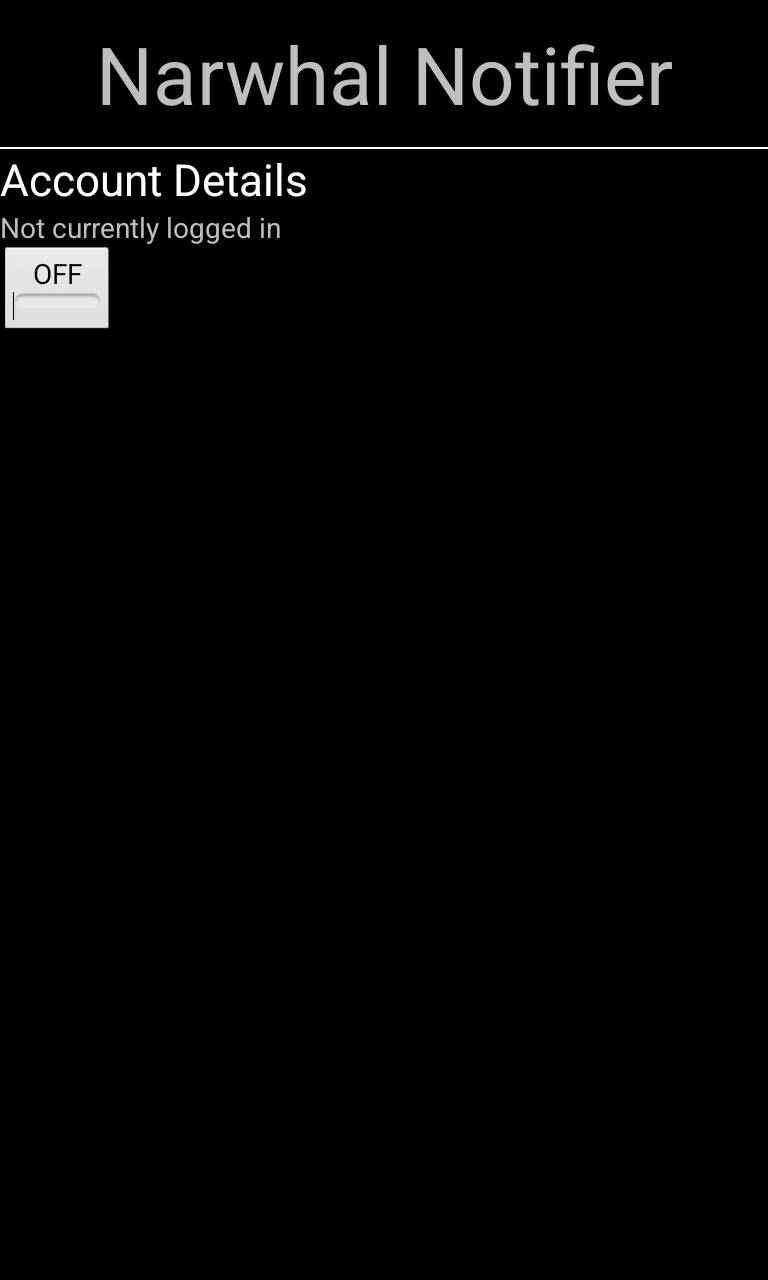
Repository: shawnbuso/NarwhalNotifier
Layout: Narwhal Notifier/res/layout/main.xml
The author's editor kept a copy of each file at every save. The layout is drawn from the files as they stood at one save, then again after the next save.
It is drawn on a 768 x 1280 px phone screen (xhdpi) without system bars, with theme android:Theme; the app's code is not run.

Above is the layout before, as saved 2012-01-11 18:32:43.

After the next save:
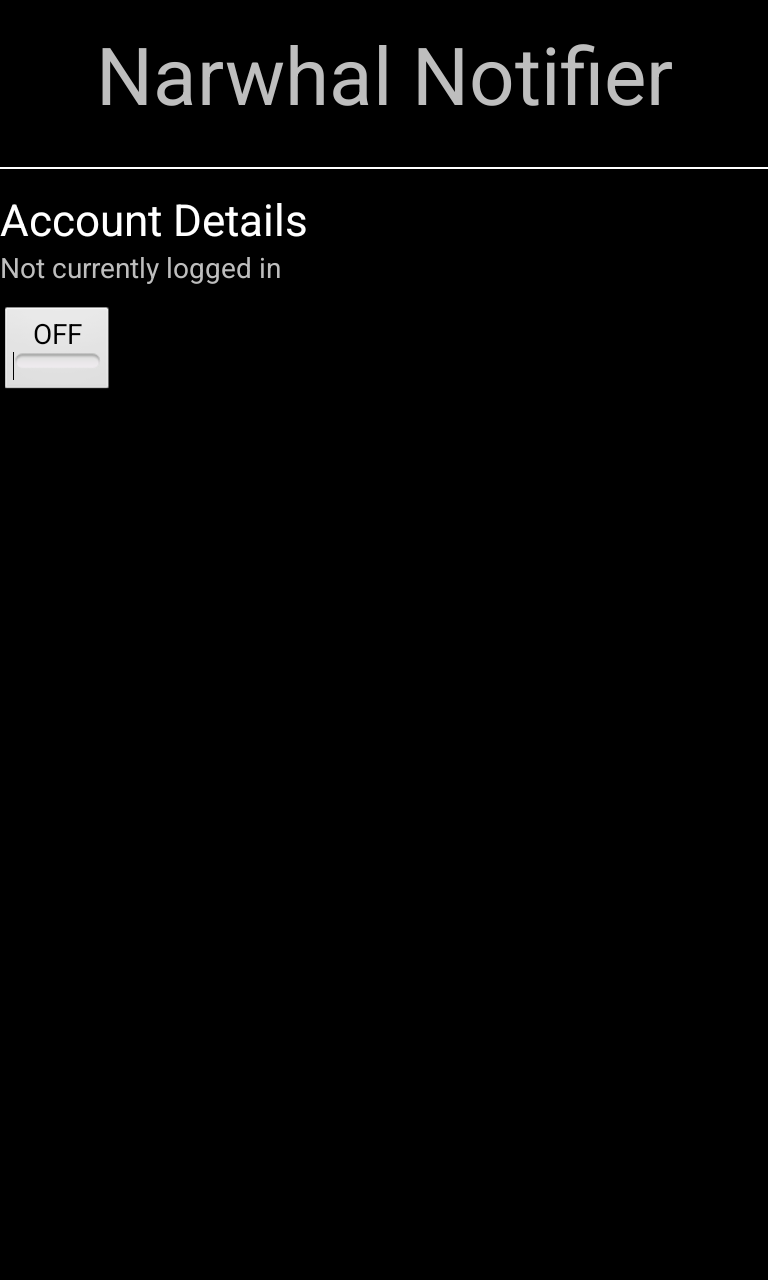
Saved 18 s later.
--- a/Narwhal Notifier/res/layout/main.xml
+++ b/Narwhal Notifier/res/layout/main.xml
@@ -20,7 +20,9 @@
         android:layout_height="1dip"
         android:layout_alignParentTop="true"
         android:layout_centerVertical="true"
-        android:background="#ffffff" />
+        android:background="#ffffff"
+		android:layout_marginTop="10dp"
+		android:layout_marginBottom="10dp"/>
 
     <include layout="@layout/list_item" />
 
@@ -28,6 +30,8 @@
         android:id="@+id/toggleButton1"
         android:layout_width="wrap_content"
         android:layout_height="wrap_content"
-        android:text="ToggleButton" />
+        android:text="ToggleButton"
+		android:layout_marginTop="10dp"
+		android:layout_marginBottom="10dp"/>
 
 </LinearLayout>
